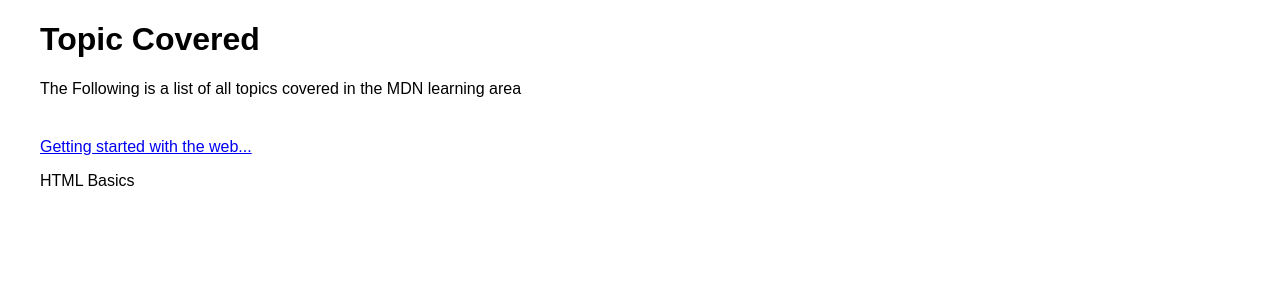
Repository: sriram1224/ReactProjects.github.io
Page: Assignments/Assignment1/index.html
These files come from the project's save history. The page is drawn as it stood at one moment and after the next save; the edit follows.
The browser window is 1280 px wide. The pictures show the whole page.

Above is the page before, as saved 2024-03-01 10:01:24.

### Assignments/Assignment1/index.html
<!DOCTYPE html>
<html>
<head>
  <script src="https://unpkg.com/react@18/umd/react.development.js"></script>
  <script src="https://unpkg.com/react-dom@18/umd/react-dom.development.js"></script>
  <style>
    body{
      margin-left: 40px;
      font-family: Arial, sans-serif;

    }
    #para{
      margin-bottom: 40px;
    }


  </style>
</head>

<body>

  <div id="root"></div>

  <script>

    const TopicHeader = () =>
    React.createElement(
      'div',
      null,
      [
      React.createElement(
        'h1',
        {id: 'title'},
        'Topic Covered'
      ),
      React.createElement(
      'p',
      {id: 'para'},
      'The Following is a list of all topics covered in the MDN learning area'),

      ]);

    const TopicDescription = () => React.createElement(
      'div',
      null,
      [
      React.createElement('a', {href: 'http://example.com'}, 'Getting started with the web...'),
      React.createElement('p', {href: 'http://example.com'}, 'HTML Basics'),]);

    const TopicList = () => React.createElement(
      'div',
      null,
      [




      ]
    );

    ReactDOM.render(
      React.createElement(
        'div',
        null,
        [
          React.createElement(TopicHeader),
          React.createElement(TopicDescription),
          React.createElement(TopicList)
        ]
      ),
      document.getElementById('root')
    );

  </script>

</body>
</html>

After the next save:
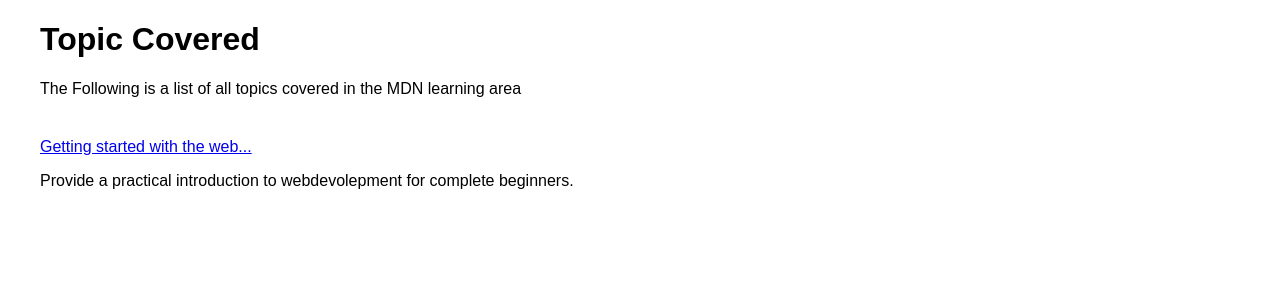
Saved 62 s later.
--- a/Assignments/Assignment1/index.html
+++ b/Assignments/Assignment1/index.html
@@ -45,7 +45,7 @@
       null,
       [
       React.createElement('a', {href: 'http://example.com'}, 'Getting started with the web...'),
-      React.createElement('p', {href: 'http://example.com'}, 'HTML Basics'),]);
+      React.createElement('p', {}, 'Provide a practical introduction to webdevolepment for complete beginners.'),]);
 
     const TopicList = () => React.createElement(
       'div',
